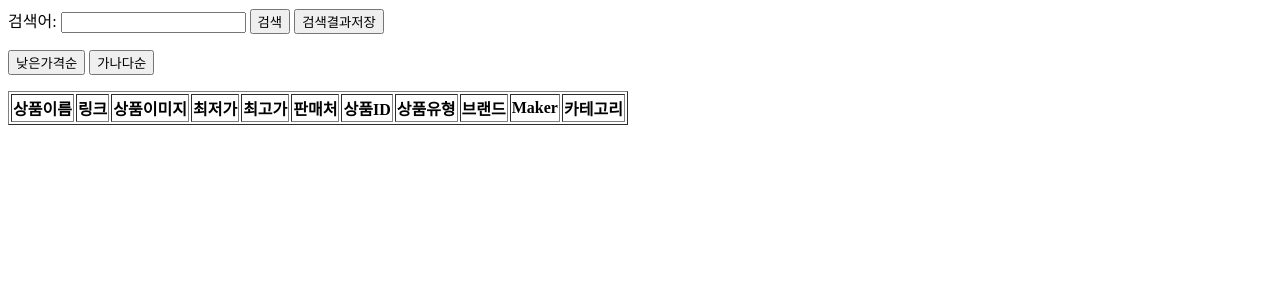
Repository: parkjiminnnn/NaverShoppingAPI
Page: http://localhost/Shop/main.jsp
These files come from the project's save history. The page is drawn as it stood at one moment and after the next save; the edit follows.
The browser window is 1280 px wide. The pictures show the whole page.
The page is served by Tomcat 9.

Above is the page before, as saved 2023-11-17 12:11:24.

After the next save:
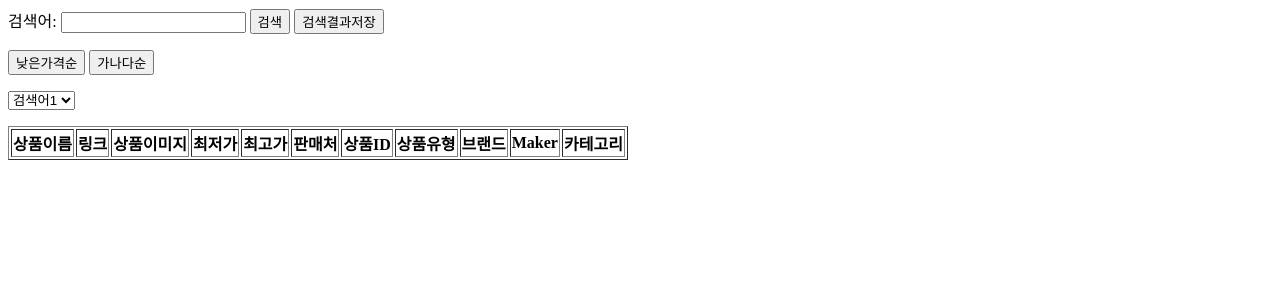
Saved 11 min 9 s later.
--- a/Shop/WebContent/main.jsp
+++ b/Shop/WebContent/main.jsp
@@ -82,6 +82,16 @@
     <button type="submit" name="saveButton">검색결과저장</button><p>
     <button type="submit" name="lpriceButton">낮은가격순</button>
     <button type="submit" name="titleButton">가나다순</button>
+    <div class="dropdown">
+    <div class="dropdown-content">
+                <select id="selectedKeyword" name="selectedKeyword">
+                    <option value="keyword1">검색어1</option>
+                    <option value="keyword2">검색어2</option>
+                    <!-- 다른 검색어 옵션 추가 -->
+                </select>
+            </div>
+
+    </div>
     </form>
 
     <%-- 검색 결과 출력 --%>

After the save that followed:
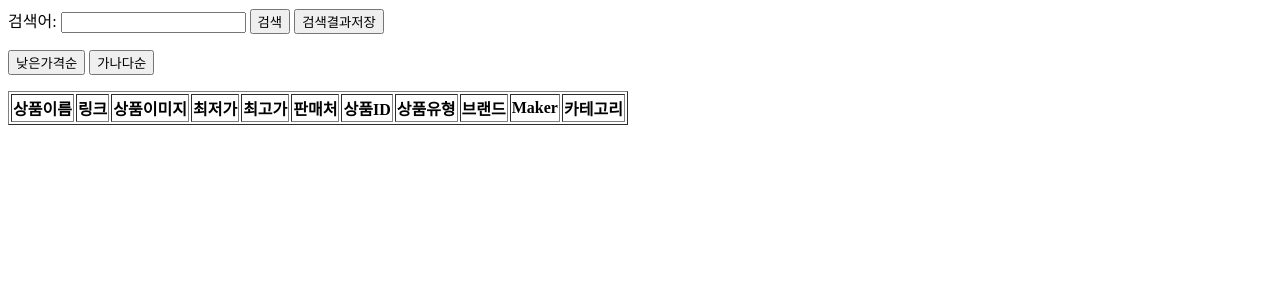
Saved 5 min 7 s later.
--- a/Shop/WebContent/main.jsp
+++ b/Shop/WebContent/main.jsp
@@ -82,16 +82,7 @@
     <button type="submit" name="saveButton">검색결과저장</button><p>
     <button type="submit" name="lpriceButton">낮은가격순</button>
     <button type="submit" name="titleButton">가나다순</button>
-    <div class="dropdown">
-    <div class="dropdown-content">
-                <select id="selectedKeyword" name="selectedKeyword">
-                    <option value="keyword1">검색어1</option>
-                    <option value="keyword2">검색어2</option>
-                    <!-- 다른 검색어 옵션 추가 -->
-                </select>
-            </div>
 
-    </div>
     </form>
 
     <%-- 검색 결과 출력 --%>
